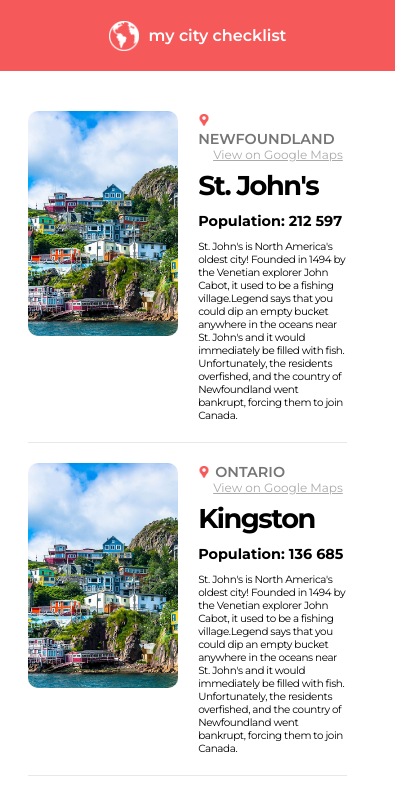
Repository: jsong552/my-city-checklist
Page: /
The author's editor kept a copy of each file at every save. The page is drawn from the files as they stood at one save, then again after the next save.
The browser window is 375 px wide. The page is 395 px wide, so the pictures cover 395 px, including what lies to the right of the window. The pictures show the whole page.
The project was rebuilt for these pictures with package versions that can differ from the ones it lists, and the page was loaded fresh each time. Imported but missing from the stored project, and not drawn on this page: src/reportWebVitals.

Above is the page before, as saved 2023-12-29 20:43:21.

### public/index.html
<!DOCTYPE html>
<html lang="en">
  <head>
    <meta charset="utf-8" />
    <link rel="preconnect" href="https://fonts.googleapis.com">
    <link rel="preconnect" href="https://fonts.gstatic.com" crossorigin>
    <link href="https://fonts.googleapis.com/css2?family=Inter:wght@400;600;700&family=Montserrat:wght@200;300;400;500;600;700&display=swap" rel="stylesheet">
    <link rel="icon" href="%PUBLIC_URL%/favicon.ico" />
    <meta name="viewport" content="width=device-width, initial-scale=1" />
    <meta name="theme-color" content="#000000" />
    <meta
      name="description"
      content="Web site created using create-react-app"
    />
    <link rel="apple-touch-icon" href="%PUBLIC_URL%/logo192.png" />
    <!--
      manifest.json provides metadata used when your web app is installed on a
      user's mobile device or desktop. See https://developers.google.com/web/fundamentals/web-app-manifest/
    -->
    <link rel="manifest" href="%PUBLIC_URL%/manifest.json" />
    <!--
      Notice the use of %PUBLIC_URL% in the tags above.
      It will be replaced with the URL of the `public` folder during the build.
      Only files inside the `public` folder can be referenced from the HTML.

      Unlike "/favicon.ico" or "favicon.ico", "%PUBLIC_URL%/favicon.ico" will
      work correctly both with client-side routing and a non-root public URL.
      Learn how to configure a non-root public URL by running `npm run build`.
    -->
    <title>React App</title>
  </head>
  <body>
    <noscript>You need to enable JavaScript to run this app.</noscript>
    <div id="root"></div>
    <!--
      This HTML file is a template.
      If you open it directly in the browser, you will see an empty page.

      You can add webfonts, meta tags, or analytics to this file.
      The build step will place the bundled scripts into the <body> tag.

      To begin the development, run `npm start` or `yarn start`.
      To create a production bundle, use `npm run build` or `yarn build`.
    -->
  </body>
</html>

### src/index.css
body {
    margin: 0px;
}

.navbar {
    display: flex;
    width: 100%;
    align-items: center;
    padding: 10px;
    justify-content: center;
    background-color: #F6595A;
    flex: 1;
}

.navbar img {
    width: 30px;
    margin-right: 10px;
}

.navbar p {
    color: white;
    font-family: Montserrat;
    font-weight: 600;
}

/* card styles */

.cardsContainer {
    margin-top: 20px;
}

.card {
    margin: auto;
    padding-top: 20px;
    padding-bottom: 20px;
    border-bottom: 1px solid #bbbbbb55;
    display: flex;
    font-family: Montserrat;
    width: 70%;
}

.imageOfLocation {
    height: 250px;
    width: 175px;
    border-radius: 10px;
    object-fit: cover;
}

.cardInfo {
    margin-left: 20px;
    padding-top: 20px;
    width: 100%;
}

.locationMarker {
    width: 12px;
    margin-right: 5px;
}

.cardLocation * {
    display: inline;
}

.cardLocation h4 {
    font-weight: 600;
    font-size: 0.9rem;
    position: relative;
    bottom: 1px;
    text-transform: uppercase;
    color: #757575;
}

.cardLocation a {
    font-size: 0.75rem;
    position: relative;
    bottom: 2px;
    color: #aaaaaa;
    margin-left: 15px;
}

.cardInfo h1 {
    margin-top: 5px;
    letter-spacing: -1.5px;
}

.cardInfo h3 {
    font-size: 0.9rem;
    margin-bottom: 10px;
}

.cardInfo p {
    margin-top: 0px;
    font-size: 0.8rem;
    letter-spacing: -0.4px;
}

@media (max-width: 768px) {
    .imageOfLocation {
        height: 250px;
        width: 175px;
    }

    .card {
        width: 85%;
    }

    .cardInfo p {
        font-size: 0.7rem;
        letter-spacing: -0.4px;
    }
}

@media (max-width: 580px) {
    .imageOfLocation {
        height: 225px;
        width: 150px;
    }

    .card {
        width: 85%;
    }

    .cardInfo {
        padding-top: 0px
    }

    .cardInfo p {
        font-size: 0.65rem;
        letter-spacing: -0.4px;
        margin-bottom: 0px;
    }

    .cardInfo h1 {
        font-size: 1.7rem;
        margin-bottom: 0px;
    }

    .cardInfo h3 {
        margin-top: 10px;
        font-size: 0.9rem;
        margin-bottom: 10px;
    }

    .cardInfo a {
        display: block;
    }
}

### src/App.js
import React from "react";
import Navbar from "./components/Navbar.js";
import Card from "./components/Card.js";
import data from "./data/cardData.js"

let allCards = data.map((data) => {
    return <Card
                key={data.id}
                info={data}
            />
    }
)

export default function App() {
    return (
        <div className="container">
            <Navbar />
            <div className="cardsContainer">
                {allCards}
            </div>
        </div>
    )
}

### src/components/Navbar.js
import React from "react";

export default function Navbar() {
    return (
        <nav className="navbar">
            <img src={require('../images/logo.png')} alt="logo"/>
            <p>my city checklist</p>
        </nav>
    )
}

### src/components/Card.js
import React from "react";

export default function Card(props) {
    return (
        <div className="card">
            <img className="imageOfLocation" src={require('../images/stjohns.jpg')} alt="St. Johns Downtown" />
            <div className="cardInfo">
                <span className="cardLocation">
                    <img className="locationMarker" src={require('../images/location-marker.png')} />
                    <h4>{props.info.province}</h4>
                    <a href={props.info.link}>View on Google Maps</a>
                </span>
                <h1>{props.info.city}</h1>
                <h3>Population: {props.info.population}</h3><p>{props.info.desc}
                </p>
            </div>
        </div>
    )
}

### src/data/cardData.js
export default [
    {
        id: 1,
        province: "newfoundland",
        image: "../images/stjohns.jpg",
        city: "St. John's",
        population: "212 597",
        desc: "St. John's is North America's oldest city! Founded in 1494 by the Venetian explorer John Cabot, it used to be a fishing village.Legend says that you could dip an empty bucket anywhere in the oceans near St. John's and it would immediately be filled with fish. Unfortunately, the residents overfished, and the country of Newfoundland went bankrupt, forcing them to join Canada.",
        link: "https://www.google.com/maps/place/St.+John's,+NL/@47.4825126,-52.9947887,11z/data=!3m1!4b1!4m6!3m5!1s0x4b0ca38e6b0aa261:0x9e1fd4001f12261f!8m2!3d47.5556097!4d-52.7452511!16zL20vMGo4cDY?hl=en&entry=ttu",
    },
    {
        id: 2,
        province: "Ontario",
        city: "Kingston",
        image: "../images/stjohns.jpg",
        population: "136 685",
        desc: "St. John's is North America's oldest city! Founded in 1494 by the Venetian explorer John Cabot, it used to be a fishing village.Legend says that you could dip an empty bucket anywhere in the oceans near St. John's and it would immediately be filled with fish. Unfortunately, the residents overfished, and the country of Newfoundland went bankrupt, forcing them to join Canada.",
        link: "https://www.google.com/maps/place/St.+John's,+NL/@47.4825126,-52.9947887,11z/data=!3m1!4b1!4m6!3m5!1s0x4b0ca38e6b0aa261:0x9e1fd4001f12261f!8m2!3d47.5556097!4d-52.7452511!16zL20vMGo4cDY?hl=en&entry=ttu",
    },
]

Loaded but not shown: src/index.js (common file)

After the next save:
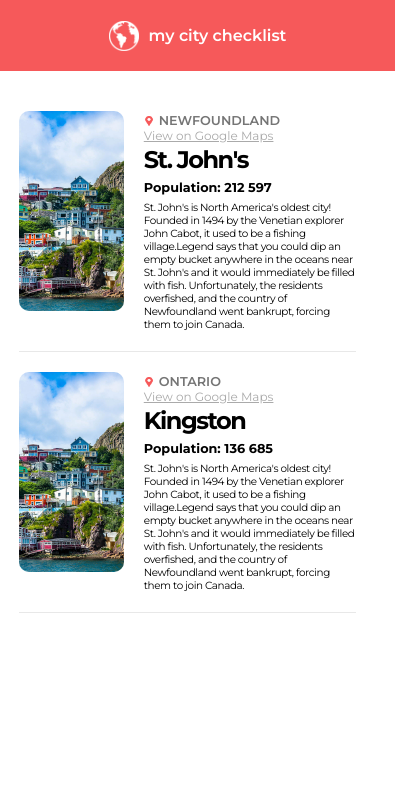
Saved 5 min 15 s later.
--- a/src/index.css
+++ b/src/index.css
@@ -144,4 +144,109 @@ body {
     .cardInfo a {
         display: block;
     }
-}
+
+    .cardLocation a {
+        width: fit-content;
+        margin-left: 0px;
+    }
+}
+
+@media (max-width: 480px) {
+    .imageOfLocation {
+        height: 225px;
+        width: 135px;
+    }
+
+    .card {
+        width: 90%;
+    }
+
+    .cardInfo {
+        padding-top: 0px
+    }
+
+    .cardInfo p {
+        font-size: 0.65rem;
+        letter-spacing: -0.4px;
+        margin-bottom: 0px;
+    }
+
+    .cardInfo h1 {
+        font-size: 1.5rem;
+        margin-bottom: 0px;
+        margin-top: 0px;
+    }
+
+    .cardInfo h3 {
+        margin-top: 6px;
+        font-size: 0.8rem;
+        margin-bottom: 6px;
+    }
+
+    .cardInfo h4 {
+        font-size: 0.8rem;
+    }
+
+    .locationMarker {
+        width: 10px;
+    }
+
+    .cardInfo a {
+        display: block;
+    }
+
+    .cardLocation a {
+        width: fit-content;
+        margin-left: 0px;
+    }
+}
+
+@media (max-width: 380px) {
+    .imageOfLocation {
+        height: 200px;
+        width: 105px;
+    }
+
+    .card {
+        width: 90%;
+    }
+
+    .cardInfo {
+        padding-top: 0px
+    }
+
+    .cardInfo p {
+        font-size: 0.65rem;
+        letter-spacing: -0.4px;
+        margin-bottom: 0px;
+    }
+
+    .cardInfo h1 {
+        font-size: 1.5rem;
+        margin-bottom: 0px;
+        margin-top: 0px;
+    }
+
+    .cardInfo h3 {
+        margin-top: 6px;
+        font-size: 0.8rem;
+        margin-bottom: 6px;
+    }
+
+    .cardInfo h4 {
+        font-size: 0.8rem;
+    }
+
+    .locationMarker {
+        width: 10px;
+    }
+
+    .cardInfo a {
+        display: block;
+    }
+
+    .cardLocation a {
+        width: fit-content;
+        margin-left: 0px;
+    }
+}
